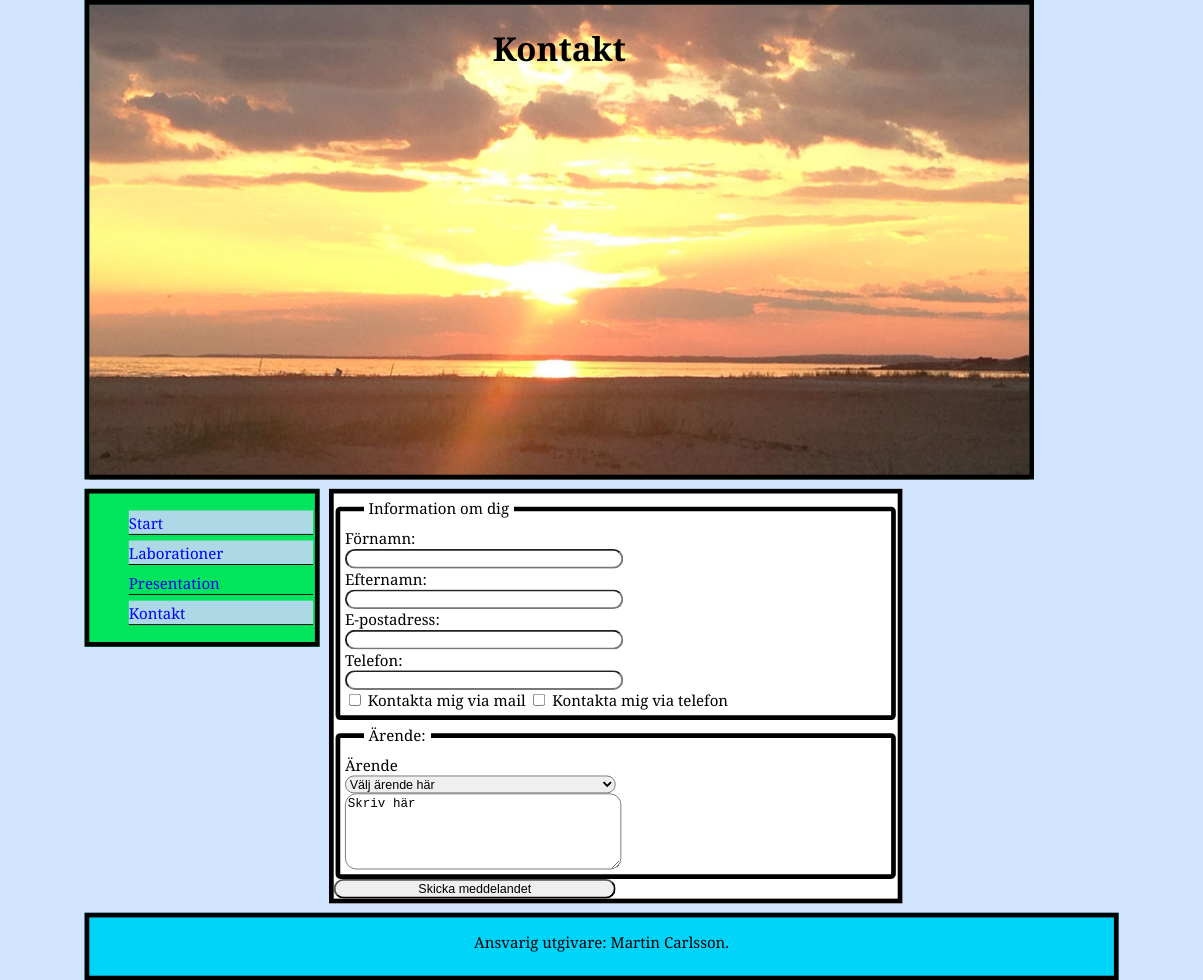
Repository: Martin-Carlsson85/HTML-och-CSS
Page: pages/kontakt.html
The author's editor kept a record of every edit. The page is drawn from the files as they stood at one moment, then again after the next edit.
The browser window is 1280 px wide. The pictures show the whole page, at 94% of full size.

Above is the page before.

### pages/kontakt.html
<!doctype html>
<html lang="sv">
    <head>
        <meta charset="utf-8" />

        <title>Kontakt</title>

         <link rel="stylesheet" href="../css/pics/style.css" />

    </head>

    <body>

         <div class="header">

        <h1>Kontakt</h1>

        </div>

         <div class="navigation">

        <ul>
            <li><a href="../index.html" class="active">Start</a></li>

            <li><a href="laborationer.html" class="active">Laborationer</a></li>

            <li><a href="presentation.html">Presentation</a></li>

            <li><a href="kontakt.html" class="active">Kontakt</a></li>
        </ul>

        <div class="clear"></div>

        </div>

         <div class="content">

        <div class="form">
        <form id="form" name="form" method="post" action="http://voyager.lnu.se/tekinet/kurser/dtt/wp_webbintro/form.php">

            <fieldset>
                <legend>Information om dig</legend>

                Förnamn:
                <input type="text" name="fnamn" id="fnamn" />

                Efternamn:
                <input type="text" name="enamn" id="enamn" />

                E-postadress:
                <input type="text" name="epost" id="epost" />

                Telefon:
                <input type="text" name="telefon" id="telefon" />

                <input type="checkbox" name="kontakt" id="kontakt" value="kontakt"/>
                <label for="kontakt">Kontakta mig via mail</label>

                <input type="checkbox" name="telefon2" id="telefon2" value="telefon2"/>
                <label for="telefon">Kontakta mig via telefon</label>

            </fieldset>


            <fieldset>

                <legend>Ärende:</legend>
                <label for="arende">Ärende</label>

                <select name="arende2" id="arende">
                <option> Välj ärende här </option>
                <option value="var"> Synpunkter </option>
                <option value="var"> Frågor </option>
                </select>

                <textarea name="meddelande" id="meddelande" cols="45" rows="5" >Skriv här</textarea>

            </fieldset>

            <input type="submit" name="skicka" id="skicka" value="Skicka meddelandet" />

        </form>

        </div>

        </div>

        <div class="clear"></div>

         <div class="footer">

         <p>Ansvarig utgivare: Martin Carlsson.</p>

         </div>

    </body>

</html>

### css/pics/style.css
body, html
{
    background-color: #d0e4fe;
    width:1100px;
    margin:auto;
    font-family: "Georgia", "Arial", "sans-serif";

}
.logotype{
    padding: 30px;
    position: absolute;
    top: 700px;

}
.container
{

    width:960px;

}


.clear{
    clear:both;
}

.content{
    background-color: white;
    float: left;
    width: 600px;
    border-style:solid;
    border-width:5px;


}
.liststyle
{

    padding-left:25px;
}

.liststyle_2 ul li
{
    padding: 0px;
    list-style-type: none;
}

.liststyle_3 ul li{

    padding: 0px;
    list-style-type: none;
}

.liststyle_4{

    padding: 0px;
}

.liststyle_5{

    padding: 0px;
}


.vektor{
    float: left;
}

.header{
    background-image: url(bild_halmstad_2.jpg);
    background-repeat: no-repeat;
    background-color: #16a085;
    text-align: center ;
    height: 500px;
    width: 1000px;
    margin: 0px;
    border-width:5px;
    border-style:solid;
    margin-bottom: 10px;

}
.footer{
    text-align: center ;
    height:62px;
    background-color:#00D4F9;
    border-width:5px;
    border-style:solid;
    margin-top:10px;
    clear:both;


}
.navigation{
    background-color: #00E55B;
    float: left;
    width: 240px;
    margin-right: 10px;
    border-width:5px;
    border-style:solid;
}

.navigation ul{
    list-style-type: none;

}

.navigation li {
    padding: 2px;
    margin-top:2px;
}

.navigation li a {
    display: block;
    padding-top: 3px;
    border-bottom:1px solid black;
    padding-right:90px;

}

.navigation li a:hover{
     background:#27ae60;
}

.navigation li a:active{
    background:#27ae60;
}

.active{
    background-color: lightblue;
    padding-right:90px;
}

#home{
    background-image: url('sprite.png');
    margin-bottom:5px;
    background-position: 0px -50px;
    background-repeat: no-repeat;
    display: block;
    padding-left: 25px;

}

#home:hover{
    background-image: url('sprite.png');
    background-position: 0px -2px;
    background-repeat: no-repeat;
    display: block;


}


#lab{
    background-image: url('sprite.png');
    margin-bottom:5px;
    background-position: 0px -145px;
    background-repeat: no-repeat;
    display: block;
    padding-left: 25px;

}

#lab:hover{
    background-image: url('sprite.png');
    background-position: 0px -97px;
    background-repeat: no-repeat;
    display: block;

}

#pres{
    background-image: url('sprite.png');
    margin-bottom:5px;
    background-position: 0px -241px;
    background-repeat: no-repeat;
    display: block;
    padding-left: 25px;

}

#pres:hover{
    background-image: url('sprite.png');
    background-position: 0px -193px;
    background-repeat: no-repeat;
    display: block;

}

#cont{
    background-image: url('sprite.png');
    margin-bottom:5px;
    background-position: 0px -338px;
    background-repeat: no-repeat;
    display: block;
    padding-left: 25px;

}

#cont:hover{
    background-image: url('sprite.png');
    background-position: 0px -290px;
    background-repeat: no-repeat;
    display: block;

}

h1{
    font-size:35px;
    color: black;
    text-align: center;
}

h2{	font-size:25px;}
h3{	font-size:20px;}
h4{	font-size:17px;}
h5{	font-size:14px;}



fieldset {

    border: 5px solid black;
    border-radius: 5px;
    padding: 5px;
}

fieldset legend {
    padding: 5px 5px ;
    font-size: 16px;
    border-radius: 5px;
    margin-left: 20px;
}


#skicka{
    border-radius: 12px;
    color:Black;
    display: block ;
    width:50%;
}

#meddelande{

    border-radius: 12px;
    Color:Black;
    display: block ;
    width:50%;
}
#arende{

    border-radius: 12px;
    Color:Black;
    display: block ;
    width:50%;
}

#arende2{
    border-radius: 12px;
    Color:Black;
    display: block ;
    width:50%;

}
#fnamn{
    border-radius: 12px;
    Color:Black;
    display: block ;
    width:50%;

}
#enamn{
    border-radius: 12px;
    Color:Black;
    display: block ;
    width:50%;

}

#epost{
    border-radius: 12px;
    color:Black;
    display: block ;
    width:50%;

}

#telefon{
    border-radius: 12px;
    Color:Black;
    display: block ;
    width:50%;

}

#telefon2{
    border-radius: 12px;
    Color:Black;
    text-align: left;

}

#kontakt{
    border-radius: 12px;
    Color:Black;
    text-align: left;

}

a:link {
    color: blue;
    text-decoration: none;

}

a:visited{

    color: blue;

}

a:focus{

     text-decoration: none;

}

a:hover {
    text-decoration:none;



}



a:active {

    color:Black;


}





.table{

    text-align: center;
    padding: 10px;
    position: absolute;
    left: 400px;
    top: 0px;

}

.kevin{
    float: right;

}

.text{
   padding: 0px;
}

.video{
    margin: 60px;

}

.printLink{
    display:none;
}

After the next edit:
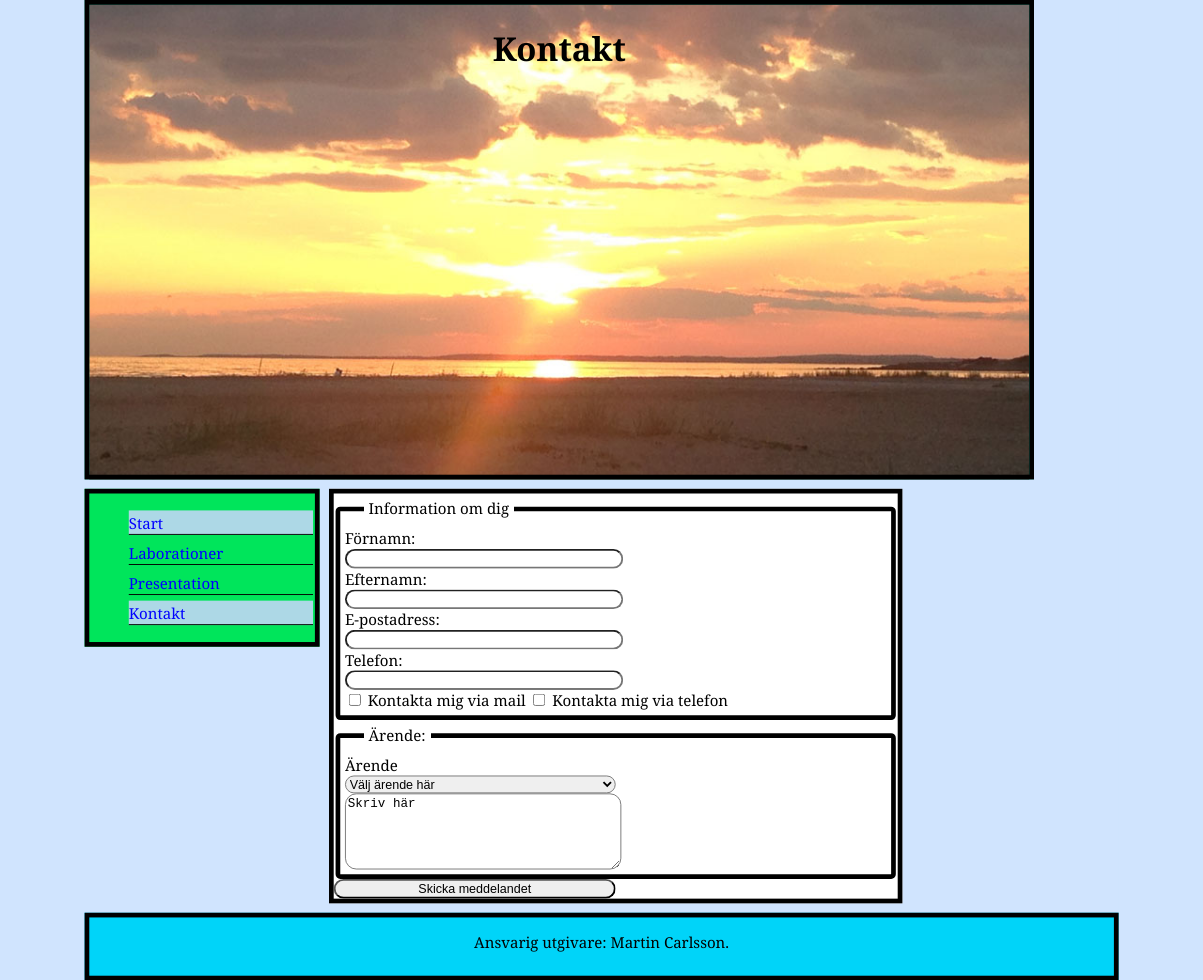
The edit:
--- a/pages/kontakt.html
+++ b/pages/kontakt.html
@@ -22,7 +22,7 @@
         <ul>
             <li><a href="../index.html" class="active">Start</a></li>
 
-            <li><a href="laborationer.html" class="active">Laborationer</a></li>
+            <li><a href="laborationer.html">Laborationer</a></li>
 
             <li><a href="presentation.html">Presentation</a></li>
 
